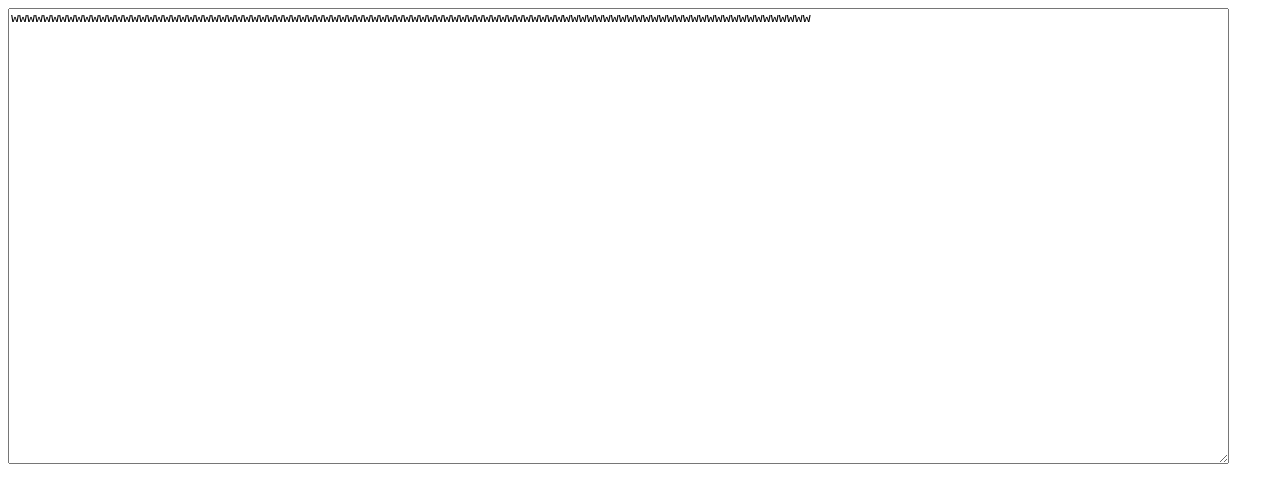
Repository: superdids/DAT152
Page: DigitalRain/WebContent/index.html
These files come from the project's save history. The page is drawn as it stood at one moment and after the next save; the edit follows.
The browser window is 1280 px wide. The pictures show the whole page.

Above is the page before, as saved 2015-08-30 14:30:07.

After the next save:
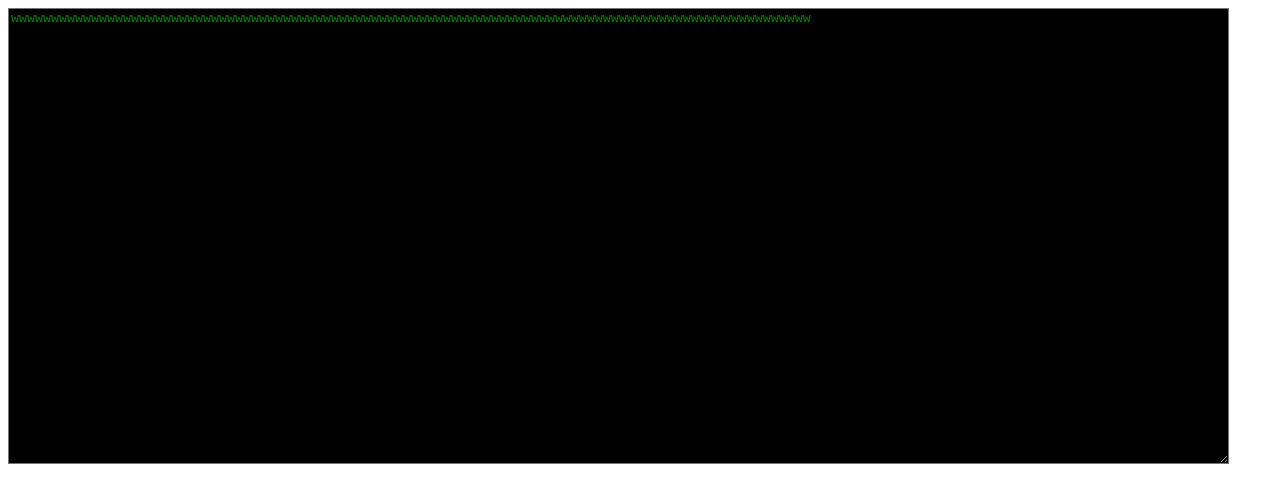
Saved 106 s later.
--- a/DigitalRain/WebContent/index.html
+++ b/DigitalRain/WebContent/index.html
@@ -8,7 +8,7 @@
 <body>
 
 <!-- <input id="digital" type="text" style="background-color: black;color: green" readonly  /> -->
-<textarea id="digital" readonly></textarea>
+<textarea id="digital" style="background-color: black; color: green" readonly></textarea>
 
 </body>
 </html>
